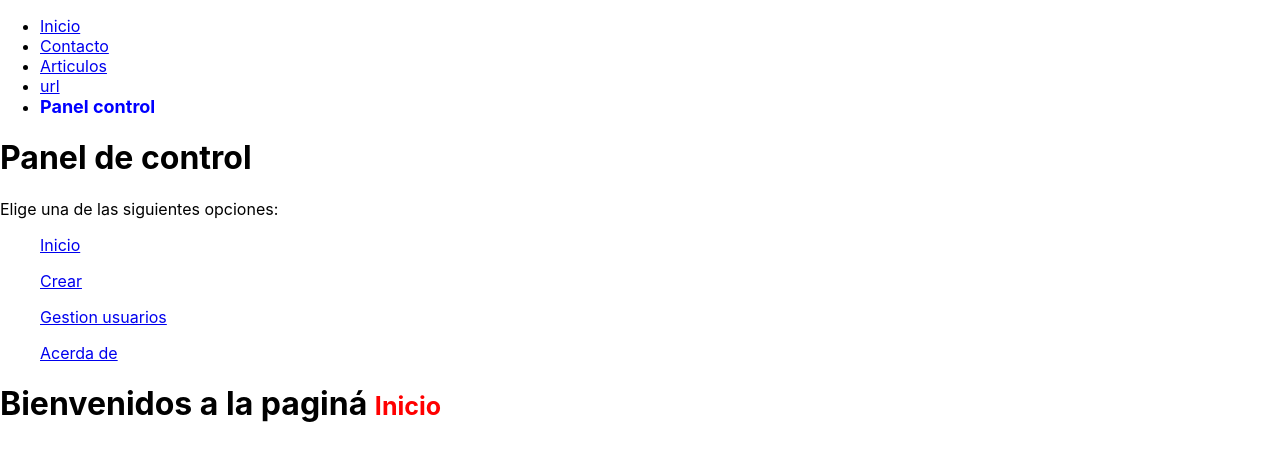
Repository: DamianBermudez94/react-router
Page: /panel/inicio
These files come from the project's save history. The page is drawn as it stood at one moment and after the next save; the edit follows.
The browser window is 1280 px wide. The pictures show the whole page.
The project was rebuilt for these pictures with package versions that can differ from the ones it lists, and the page was loaded fresh each time. Also part of the build but not shown: src/components/Inicio.js, src/components/Articulos.js, src/components/Contacto.js, src/components/Error.js, src/components/ParametrosRutas.js, src/components/panel/Acerda.js, src/components/panel/Gestion.js, src/components/panel/Crear.js.

Above is the page before, as saved 2023-05-01 10:56:56.

After the next save:
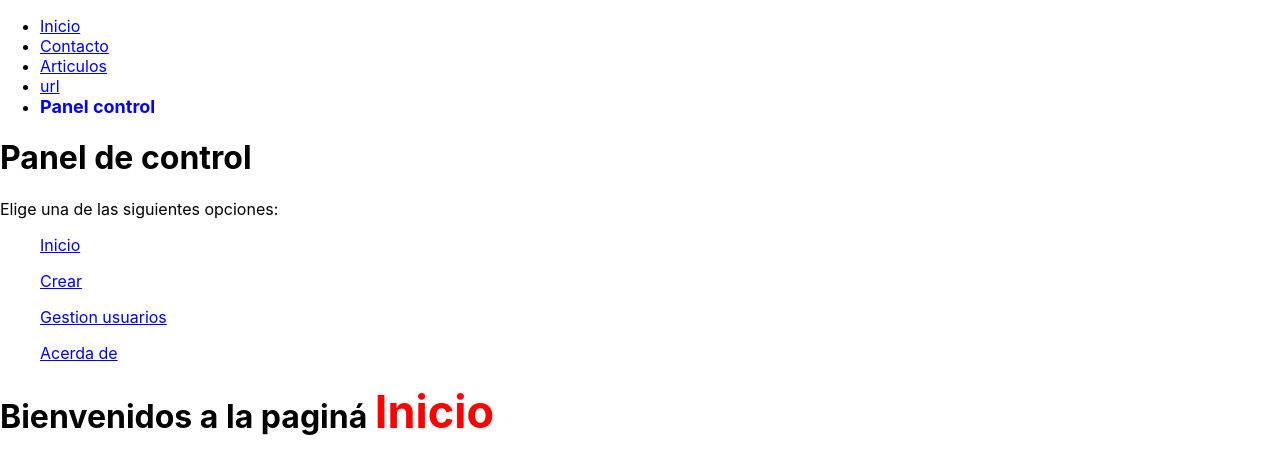
Saved 6 s later.
--- a/src/App.css
+++ b/src/App.css
@@ -24,7 +24,7 @@
   color: white;
 }
 .title-panel_inicio{
-  font-size: 25px;
+  font-size: 45px;
   color: red;
 }
 .App-link {
